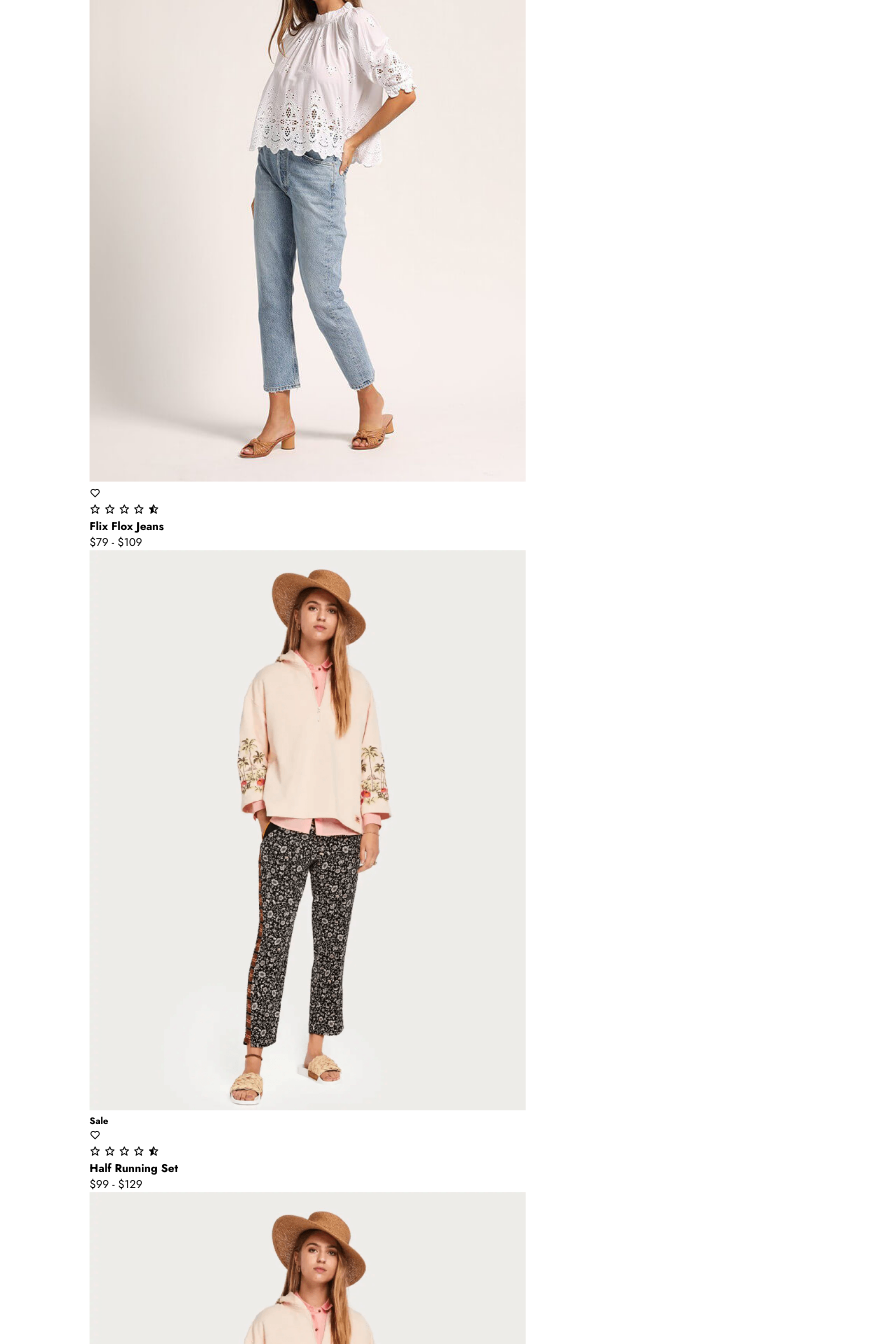
Repository: isaacCodes1/Kumo-Website.
Page: index.html
These files come from the project's save history. The page is drawn as it stood at one moment and after the next save; the edit follows.
The browser window is 1280 px wide. The pictures show the part of the page from y = 4580 to 6500 px (the page is 8181 px tall), at 70% of full size.

Above is the page before, as saved 2024-03-22 13:29:46.

### index.html
<!DOCTYPE html>
<html lang="en">
  <head>
    <meta charset="UTF-8" />
    <meta http-equiv="X-UA-Compatible" content="IE=edge" />
    <meta name="viewport" content="width=device-width, initial-scale=1.0" />
    <!-- CSS Custom Link -->
    <link rel="stylesheet" href="style.css" />
    <link rel="preconnect" href="https://fonts.googleapis.com" />
    <link rel="preconnect" href="https://fonts.gstatic.com" crossorigin />
    <link
      href="https://fonts.googleapis.com/css2?family=Bricolage+Grotesque:opsz,wght@12..96,200..800&family=Jost:ital,wght@0,100..900;1,100..900&family=Montserrat:ital,wght@0,100..900;1,100..900&family=Poppins:ital,wght@0,100;0,200;0,300;0,400;0,500;0,600;0,700;0,800;0,900;1,100;1,200;1,300;1,400;1,500;1,600;1,700;1,800;1,900&display=swap"
      rel="stylesheet"
    />
    <link
      rel="stylesheet"
      href="https://cdnjs.cloudflare.com/ajax/libs/font-awesome/6.5.1/css/all.min.css"
      integrity="sha512-DTOQO9RWCH3ppGqcWaEA1BIZOC6xxalwEsw9c2QQeAIftl+Vegovlnee1c9QX4TctnWMn13TZye+giMm8e2LwA=="
      crossorigin="anonymous"
      referrerpolicy="no-referrer"
    />
    <link
      rel="stylesheet"
      href="https://unpkg.com/boxicons@latest/css/boxicons.min.css"
    />

    <title>My fashion Website.</title>
  </head>
  <body>
    <header>
      <a href="#" class="logo"><img src="Assets/logo.png" alt="" /></a>
      <ul class="navmenu">
        <li><a href="#">Home</a></li>
        <li><a href="#">Shop</a></li>
        <li><a href="#">Products</a></li>
        <li><a href="#">Page</a></li>
        <li><a href="#">Docs</a></li>
        <li><a href="#">FAQ's</a></li>
      </ul>
      <div class="nav-icon">
        <a href="#"><i class="bx bx-search"></i></a>
        <a href="#"><i class="bx bx-user"></i></a>
        <a href="#"><i class="bx bx-cart"></i></a>
        <div class="bx bx-menu" id="menu-icon"></div>
      </div>
    </header>
    <section class="main-home">
      <div class="main-text">
        <h5>Winter Collection</h5>
        <h1>New Winter <br />Collection 2024</h1>
        <p>There's Nothing like Trend...</p>
        <a href="#" class="main-btn"
          >Shop Now<i class="bx bx-right-arrow-alt"></i
        ></a>
      </div>
      <div class="down-arrow">
        <a href="#trending" class="down"
          ><i class="bx bx-down-arrow-alt"></i
        ></a>
      </div>
    </section>
    <!-- <trending-products-section-->
    <section class="trending-product" id="trending">
      <div class="center-text">
        <h2>Our Trending <span>Products</span></h2>
      </div>
      <div class="products">
        <div class="row">
          <img src="/Assets/1.jpg" alt="" />
          <div class="product-text">
            <h5>Sale</h5>
          </div>
          <div class="heart-icon">
            <i class="bx bx-heart"></i>
          </div>
          <div class="ratting">
            <i class="bx bx-star"></i>
            <i class="bx bx-star"></i>
            <i class="bx bx-star"></i>
            <i class="bx bx-star"></i>
            <i class="bx bxs-star-half"></i>
          </div>
          <div class="price">
            <h4>Half Running Set</h4>
            <p>$99 - $129</p>
          </div>
        </div>

        <div class="row">
          <img src="/Assets/2.jpg" alt="" />
          <div class="product-text">
            <h5>New</h5>
          </div>
          <div class="heart-icon">
            <i class="bx bx-heart"></i>
          </div>
          <div class="ratting">
            <i class="bx bx-star"></i>
            <i class="bx bx-star"></i>
            <i class="bx bx-star"></i>
            <i class="bx bx-star"></i>
            <i class="bx bxs-star-half"></i>
          </div>
          <div class="price">
            <h4>Formal Men Lowers</h4>
            <p>$100 - $329</p>
          </div>
        </div>
        <div class="row">
          <img src="/Assets/3.jpg" alt="" />
          <div class="heart-icon">
            <i class="bx bx-heart"></i>
          </div>
          <div class="ratting">
            <i class="bx bx-star"></i>
            <i class="bx bx-star"></i>
            <i class="bx bx-star"></i>
            <i class="bx bx-star"></i>
            <i class="bx bxs-star-half"></i>
          </div>
          <div class="price">
            <h4>Half Running Suit</h4>
            <p>$99 - $229</p>
          </div>
        </div>
        <div class="row">
          <img src="/Assets/4.jpg" alt="" />
          <div class="product-text">
            <h5>Hottest!</h5>
          </div>
          <div class="heart-icon">
            <i class="bx bx-heart"></i>
          </div>
          <div class="ratting">
            <i class="bx bx-star"></i>
            <i class="bx bx-star"></i>
            <i class="bx bx-star"></i>
            <i class="bx bx-star"></i>
            <i class="bx bxs-star-half"></i>
          </div>
          <div class="price">
            <h4>Half Fancy Lady Dress</h4>
            <p>$199 - $429</p>
          </div>
        </div>
        <div class="row">
          <img src="/Assets/5.jpg" alt="" />
          <div class="heart-icon">
            <i class="bx bx-heart"></i>
          </div>
          <div class="ratting">
            <i class="bx bx-star"></i>
            <i class="bx bx-star"></i>
            <i class="bx bx-star"></i>
            <i class="bx bx-star"></i>
            <i class="bx bxs-star-half"></i>
          </div>
          <div class="price">
            <h4>Flix Flox Jeans</h4>
            <p>$79 - $109</p>
          </div>
        </div>
        <div class="row">
          <img src="/Assets/1.jpg" alt="" />
          <div class="product-text">
            <h5>Sale</h5>
          </div>
          <div class="heart-icon">
            <i class="bx bx-heart"></i>
          </div>
          <div class="ratting">
            <i class="bx bx-star"></i>
            <i class="bx bx-star"></i>
            <i class="bx bx-star"></i>
            <i class="bx bx-star"></i>
            <i class="bx bxs-star-half"></i>
          </div>
          <div class="price">
            <h4>Half Running Set</h4>
            <p>$99 - $129</p>
          </div>
        </div>
        <div class="row">
          <img src="/Assets/1.jpg" alt="" />
          <div class="product-text">
            <h5>Sale</h5>
          </div>
          <div class="heart-icon">
            <i class="bx bx-heart"></i>
          </div>
          <div class="ratting">
            <i class="bx bx-star"></i>
            <i class="bx bx-star"></i>
            <i class="bx bx-star"></i>
            <i class="bx bx-star"></i>
            <i class="bx bxs-star-half"></i>
          </div>
          <div class="price">
            <h4>Half Running Set</h4>
            <p>$99 - $129</p>
          </div>
        </div>
        <div class="row">
          <img src="/Assets/1.jpg" alt="" />
          <div class="product-text">
            <h5>Sale</h5>
          </div>
          <div class="heart-icon">
            <i class="bx bx-heart"></i>
          </div>
          <div class="ratting">
            <i class="bx bx-star"></i>
            <i class="bx bx-star"></i>
            <i class="bx bx-star"></i>
            <i class="bx bx-star"></i>
            <i class="bx bxs-star-half"></i>
          </div>
          <div class="price">
            <h4>Half Running Set</h4>
            <p>$99 - $129</p>
          </div>
        </div>
      </div>
    </section>
  </body>
</html>

### style.css
* {
  margin: 0;
  padding: 0;
  box-sizing: border-box;
  scroll-behavior: smooth;
  font-family: "Jost", sans-serif;
  list-style-type: none;
  text-decoration: none;
}
header {
  position: fixed;
  width: 100%;
  top: 0;
  right: 0;
  z-index: 1000;
  display: flex;
  align-items: center;
  justify-content: space-between;
  padding: 20px 10%;
}
.logo img {
  max-width: 120px;
  height: auto;
}
.navmenu {
  display: flex;
}
.navmenu li :hover {
  background: #000;
}
.navmenu a {
  color: #2c2c2c;
  font-size: 16px;
  text-transform: capitalize;
  padding: 10px 20px;
  font-weight: 400;
  transition: all 0.42s ease;
}
.navmenu a:hover {
  color: #ee1c47;
}
.nav-icon {
  display: flex;
  align-items: center;
}
.nav-icon i {
  margin-right: 20px;
  color: #2c2c2c;
  font-size: 25px;
  font-weight: 400;
  transition: all 0.42s ease;
}
.nav-icon i:hover {
  transform: scale(1.05);
  color: #ee1c47;
}
#menu-icon {
  font-size: 35px;
  color: #2c2c2c;
  z-index: 10001;
  cursor: pointer;
}
section {
  padding: 5% 10%;
}
.main-home {
  width: 100%;
  height: 100vh;
  background-image: url(Assets/banner-3.png);
  background-position: center;
  background-size: cover;
  display: grid;
  grid-template-columns: repeat(1, 1fr);
  align-items: center;
}
.main-text h5 {
  color: #ee1c47;
  font-size: 16px;

  text-transform: capitalize;
  font-weight: 500;
}
.main-text h1 {
  color: #000;
  font-size: 65px;
  text-transform: capitalize;
  line-height: 1.1;
  font-weight: 600;
  margin: 6px 0 10px;
}
.main-text p{
    color: #333c56;
    font-size: 20px;
    font-style: italic;
    margin-bottom: 20px;
}
.main-btn{
    display: inline-block;
    color: #111;
    font-size: 16px;
    font-weight: 500;
    text-transform: capitalize;
    border: 2px solid#111;
    padding: 12px 25px;
    transition: all .42s ease;
}
.main-btn:hover{
    background: #000;
    color: #fff;
}
.main-btn i{
    vertical-align: middle;
}
.down-arrow{
    position: absolute;
    top: 85%;
    right: 11%;
}
.down i{
    font-size: 30px;
    color: #2c2c2c;
    border: 2px solid #2c2c2c;
    border-radius: 50px;
    padding: 12px 12px;
}
.down i:hover{
    background: #2c2c2c;
    color:#fff;
    transition: all .42s ease;
}

After the next save:
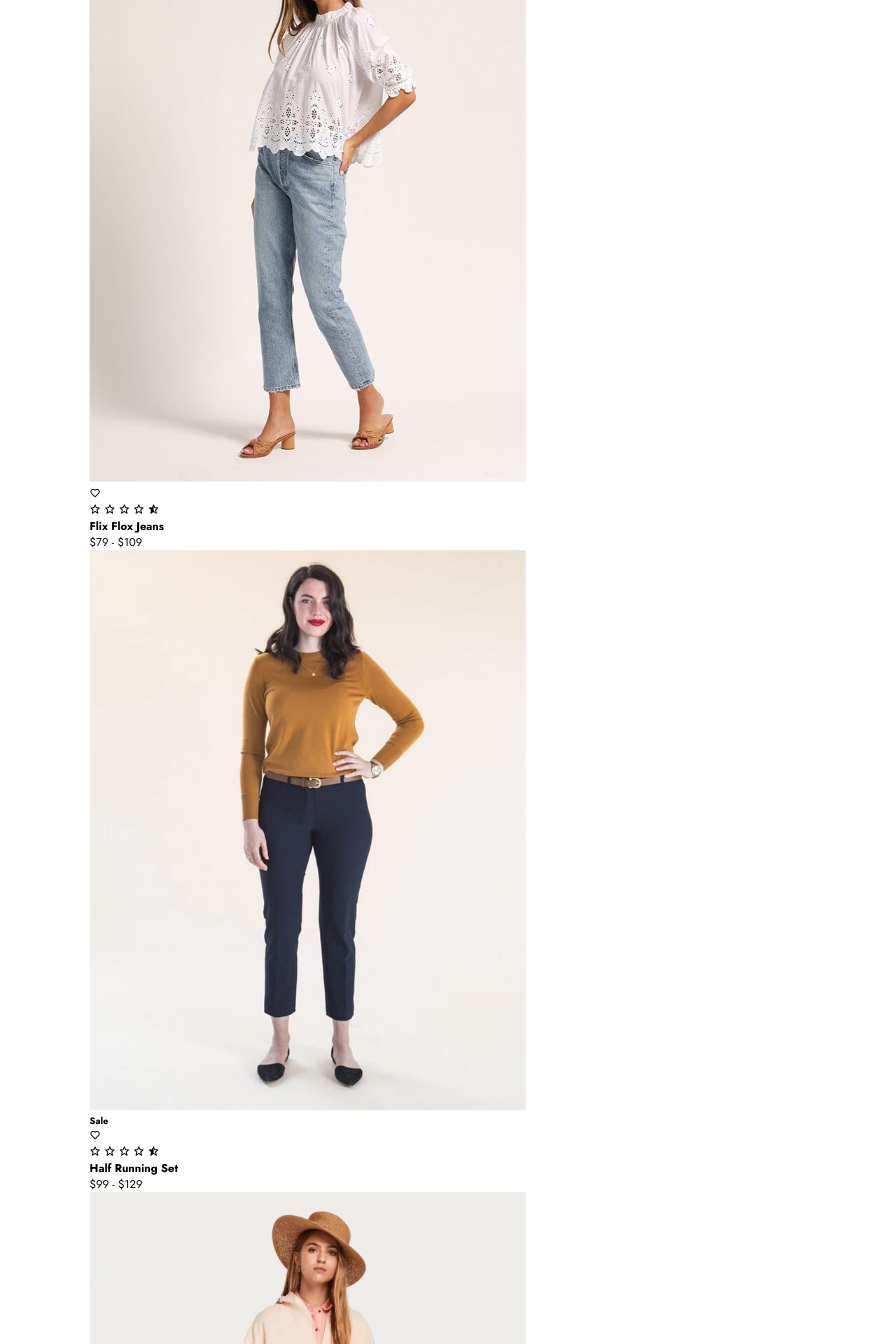
Saved 13 s later.
--- a/index.html
+++ b/index.html
@@ -161,7 +161,7 @@
           </div>
         </div>
         <div class="row">
-          <img src="/Assets/1.jpg" alt="" />
+          <img src="/Assets/6.jpg" alt="" />
           <div class="product-text">
             <h5>Sale</h5>
           </div>
